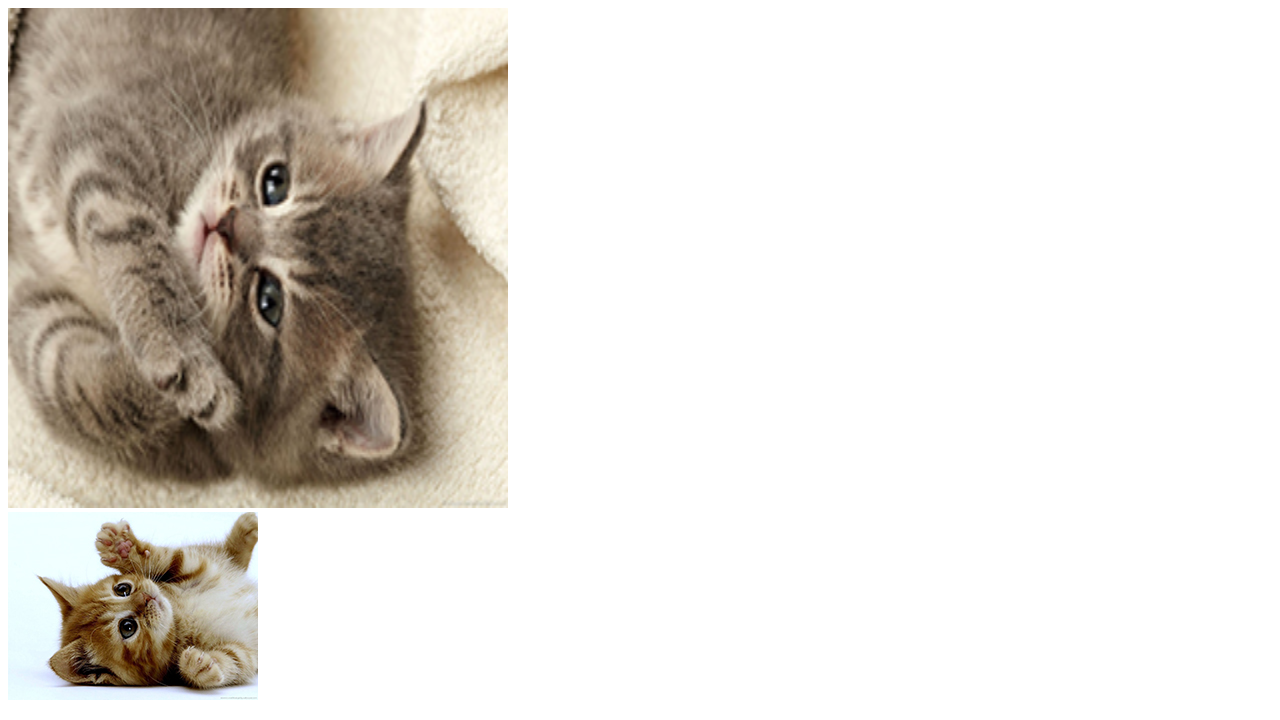
Repository: Hwang-97/HhwDesktop
Page: client/ClientTest/src/main/webapp/html/ex12_image.html
These files come from the project's save history. The page is drawn as it stood at one moment and after the next save; the edit follows.
The browser window is 1280 px wide. The pictures show the whole page.

Above is the page before, as saved 2021-12-10 01:35:41.

### client/ClientTest/src/main/webapp/html/ex12_image.html
<!DOCTYPE html>
<html>
<head>
<meta charset="UTF-8">
<title>Insert title here</title>
</head>
<body>

<img src="./../images/cat01.jpg" alt="애교떠는 고양이" width="500" height="500"><br>
<img src="/client/images/cat02.jpg" alt="우왕하는 고양이">

</body>
</html>

After the next save:
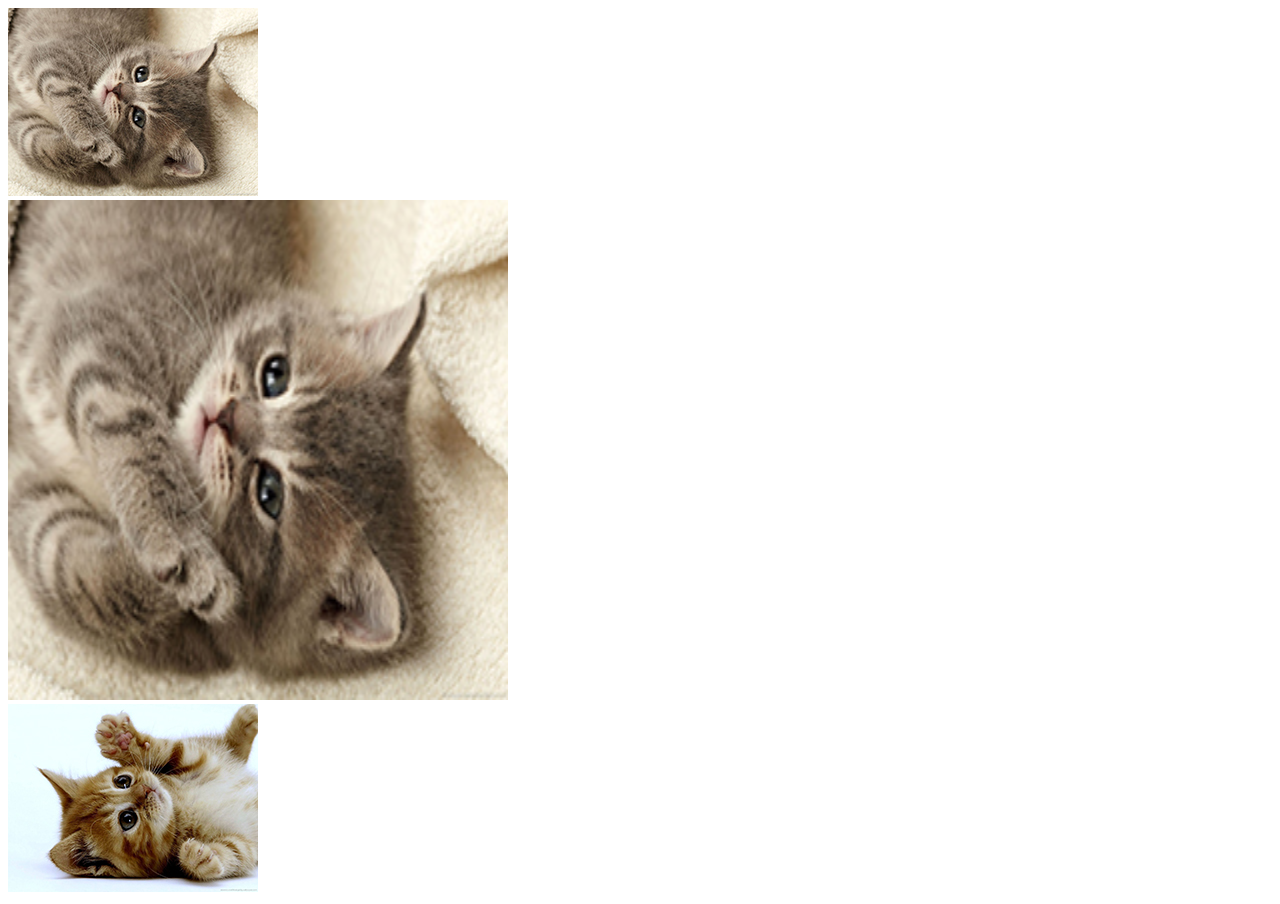
Saved 19 s later.
--- a/client/ClientTest/src/main/webapp/html/ex12_image.html
+++ b/client/ClientTest/src/main/webapp/html/ex12_image.html
@@ -5,7 +5,7 @@
 <title>Insert title here</title>
 </head>
 <body>
-
+<img src="./../images/cat01.jpg" alt="애교떠는 고양이"><br>
 <img src="./../images/cat01.jpg" alt="애교떠는 고양이" width="500" height="500"><br>
 <img src="/client/images/cat02.jpg" alt="우왕하는 고양이">
 
